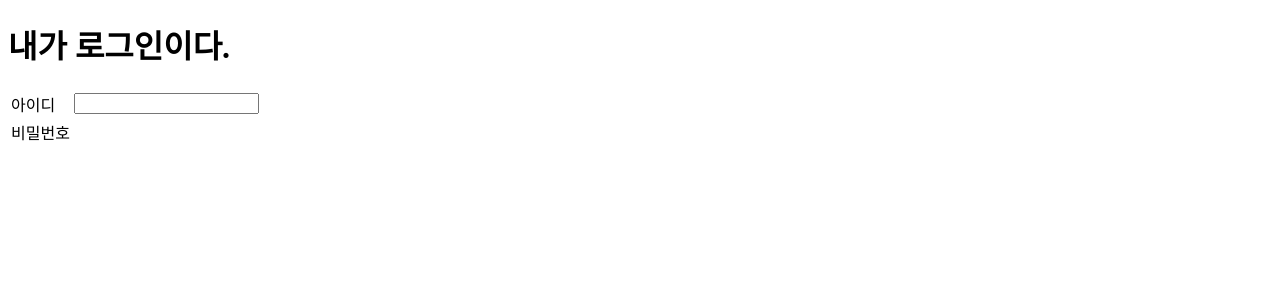
Repository: Yousehyeon/spring_work
Page: stsMvcProj/src/main/webapp/views/session/loginMain.html
These files come from the project's save history. The page is drawn as it stood at one moment and after the next save; the edit follows.
The browser window is 1280 px wide. The pictures show the whole page.

Above is the page before, as saved 2023-08-23 04:06:19.

After the next save:
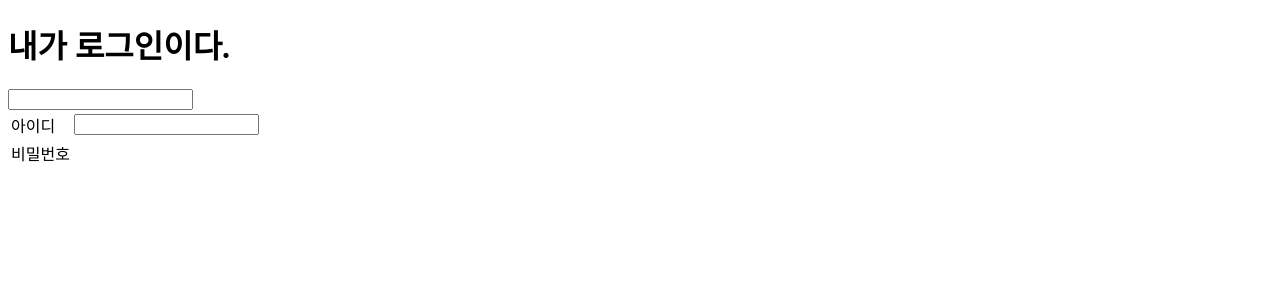
Saved 6 s later.
--- a/stsMvcProj/src/main/webapp/views/session/loginMain.html
+++ b/stsMvcProj/src/main/webapp/views/session/loginMain.html
@@ -14,7 +14,7 @@
 		</tr>
 		<tr>
 			<td>비밀번호</td>
-			<td></td>
+			<input type="text" name="pid"></td>
 		</tr>
 	</table>
 </form>
